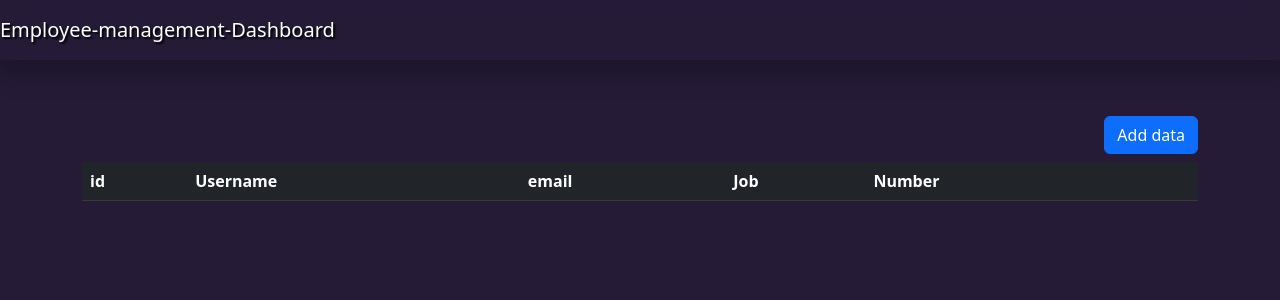
Repository: iamevs/Employee-Management-System
Page: /home (app in client/)
An editor plug-in stored every save of this project. The page is shown before and after the next save, followed by the edit.
The browser window is 1280 px wide. The pictures show the whole page.
The page's requests for data from a server got no answer. The project was rebuilt for these pictures with package versions that can differ from the ones it lists, and the page was loaded fresh each time. No one was signed in, and anything a server would have sent is missing. Also part of the build but not shown: client/vite.config.js, client/src/components/Register.jsx, client/src/components/Edit.jsx, client/src/components/Hero.jsx. Imported but missing from the stored project, and not drawn on this page: client/src/components/Details.

Above is the page before, as saved 2022-11-28 23:23:46.

After the next save:
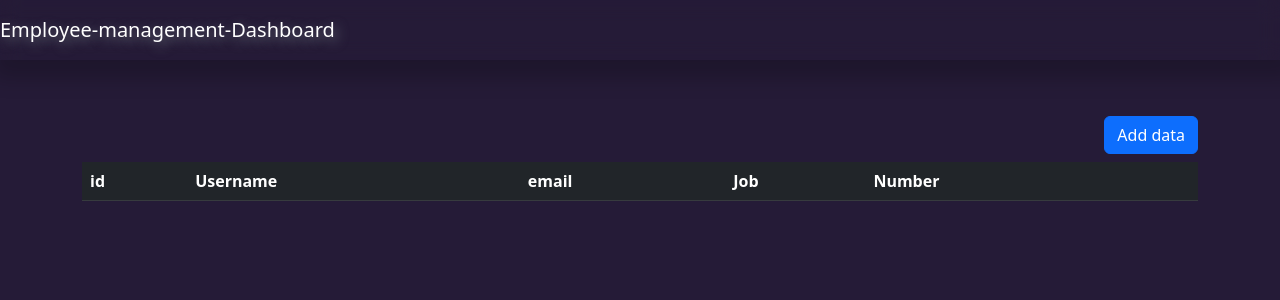
Saved 50 s later.
--- a/client/src/components/Navbar.jsx
+++ b/client/src/components/Navbar.jsx
@@ -16,7 +16,7 @@ const Navbar = () => {
             }}>
             <Box sx={{
                 fontSize: "20px",
-                textShadow: "2px 2px 2px #000000",
+                textShadow: "3px 4px 12px #6c757d",
             }}>Employee-management-Dashboard</Box>
             </Box>
         </Stack>
